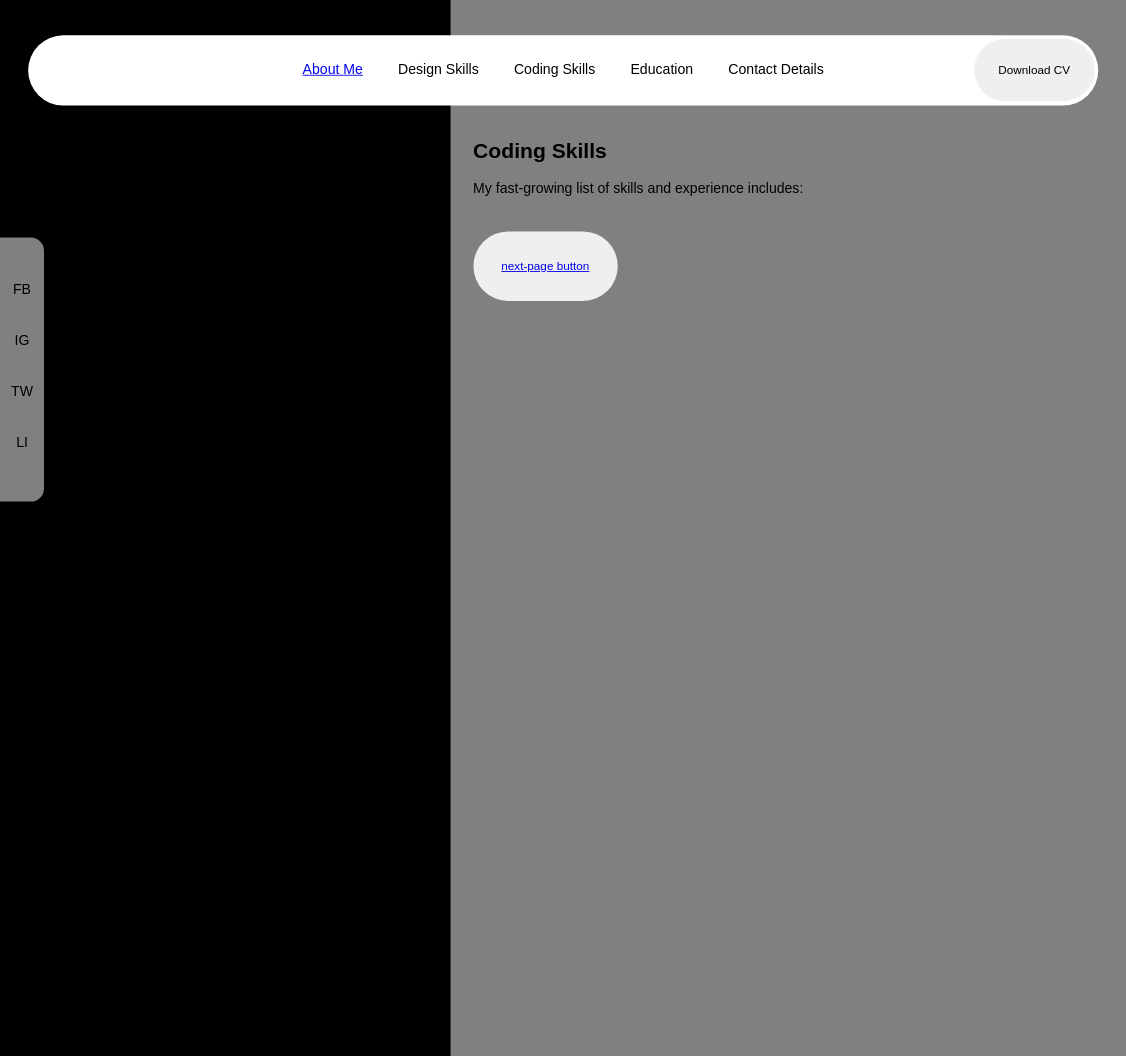
Repository: WesleyErasmus/MyDigitalResume-4
Page: codingSkills.html
The author's editor kept a copy of each file at every save. The page is drawn from the files as they stood at one save, then again after the next save.
The browser window is 1280 px wide. The pictures show the whole page, at 88% of full size.

Above is the page before, as saved 2022-02-19 21:39:18.

After the next save:
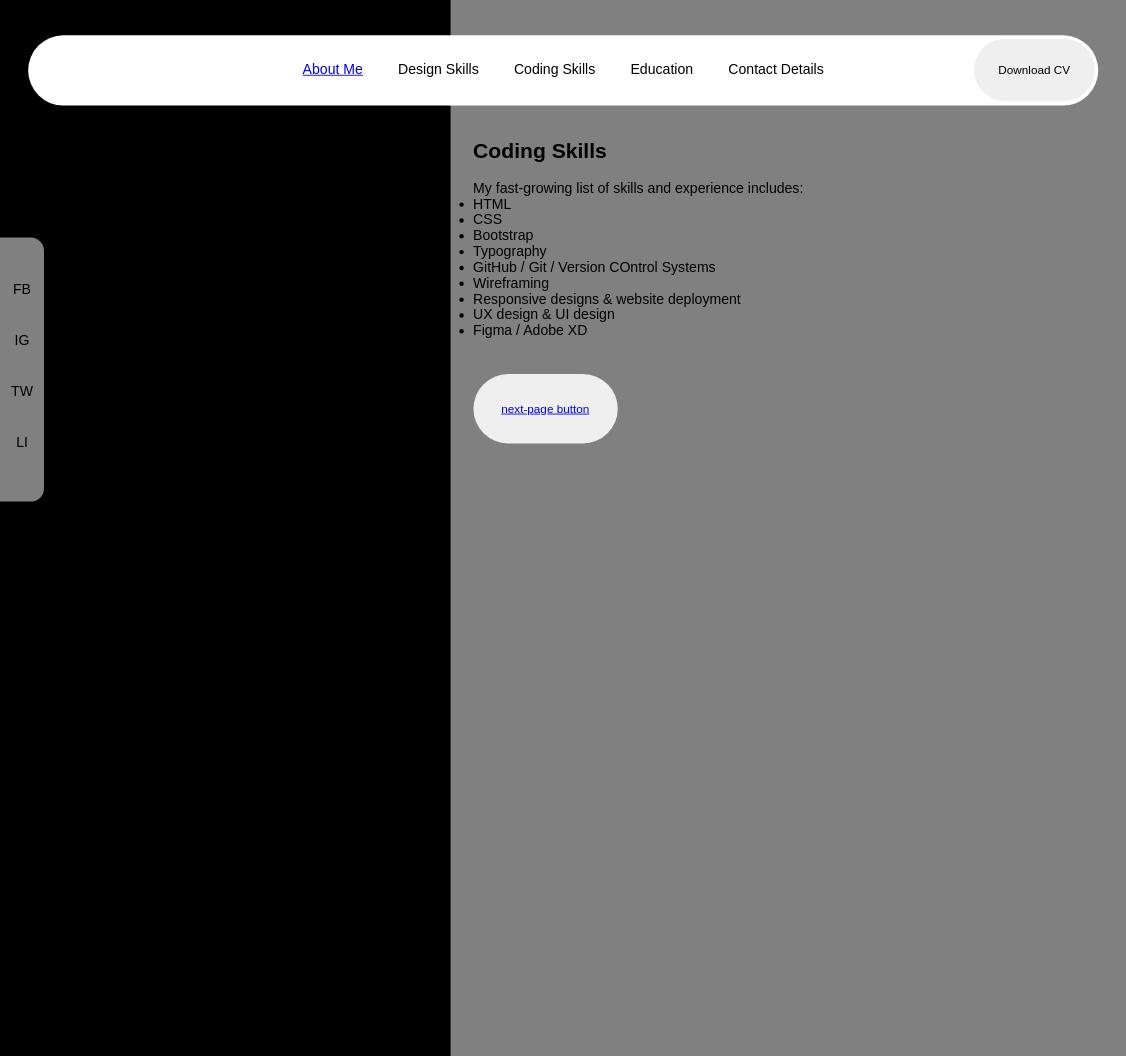
Saved 2 min 41 s later.
--- a/codingSkills.html
+++ b/codingSkills.html
@@ -41,6 +41,17 @@
              <h1 ID="title">Coding Skills</h1>
             <div class="coding-skills">
                 <p>My fast-growing list of skills and experience includes:</p>
+                <ul>
+                    <li>HTML</li>
+                    <li>CSS</li>
+                    <li>Bootstrap</li>
+                    <li>Typography</li>
+                    <li>GitHub / Git / Version COntrol Systems</li>
+                    <li>Wireframing</li>
+                    <li>Responsive designs & website deployment</li>
+                    <li>UX design & UI design</li>
+                    <li>Figma / Adobe XD</li>
+                </ul>
             </div>
             <button class="next-page">
                 <a href="/about.html" target="">next-page button</a>
